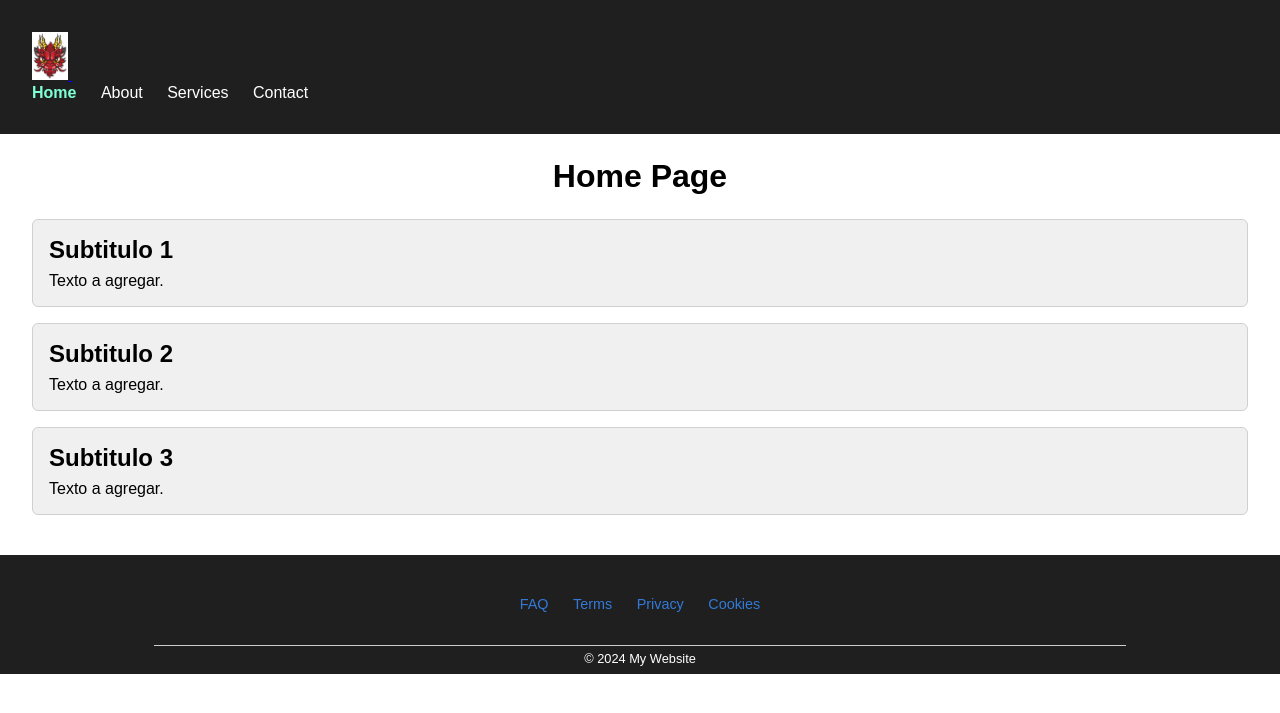
Repository: andreamm-lab/basic-navigation-example-2025-10
Page: index.html
An editor plug-in stored every save of this project. The page is shown before and after the next save, followed by the edit.
The browser window is 1280 px wide. The pictures show the whole page.

Above is the page before, as saved 2025-11-06 18:53:52.

After the next save:
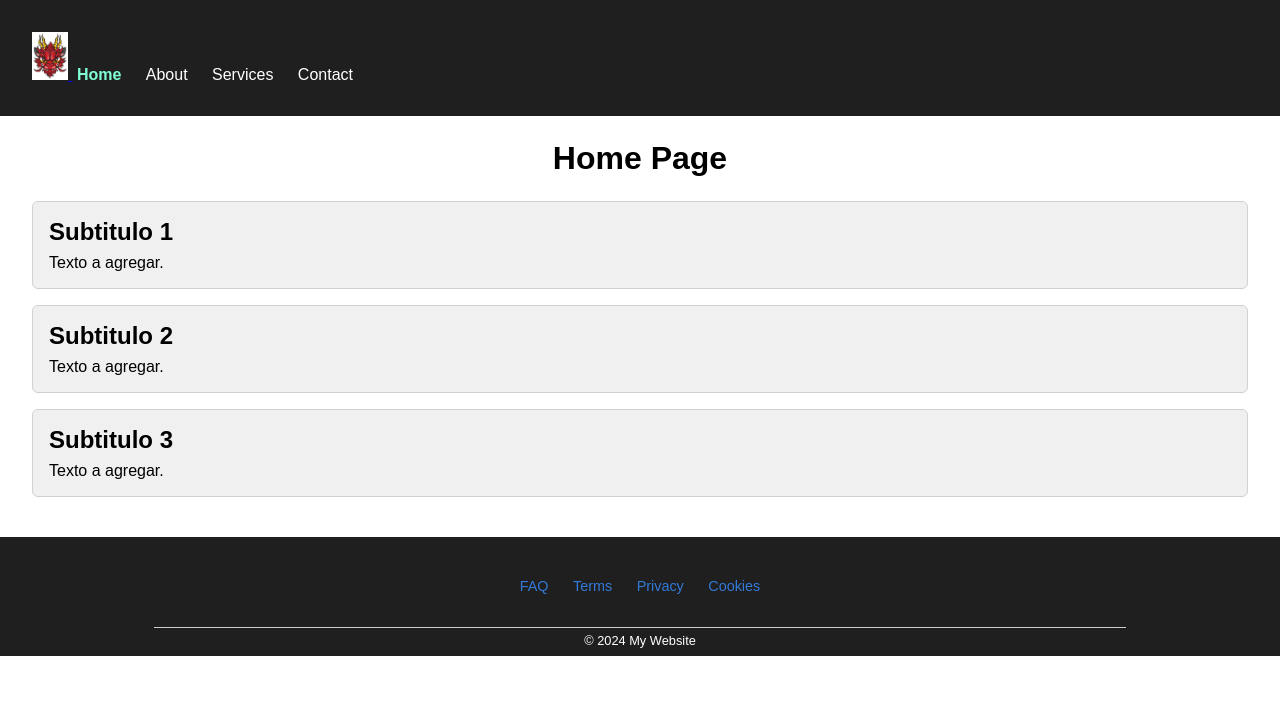
Saved 60 s later.
--- a/main.css
+++ b/main.css
@@ -37,17 +37,19 @@ nav img {
     width: calc(10% - 40px - 320px);
 }
 
-/* Words Distribution */
+/* Text Relation with image */
 nav ul {
     list-style: none;
-    /*display: inline-block;*/
+    display: inline-block;
     vertical-align: bottom;
 }
 
+/* Words Distribution */
 nav ul li {
     display: inline-block;
     margin-right: 20px;
 }
+
 
 nav ul li:last-child {
     margin-right: 0;
